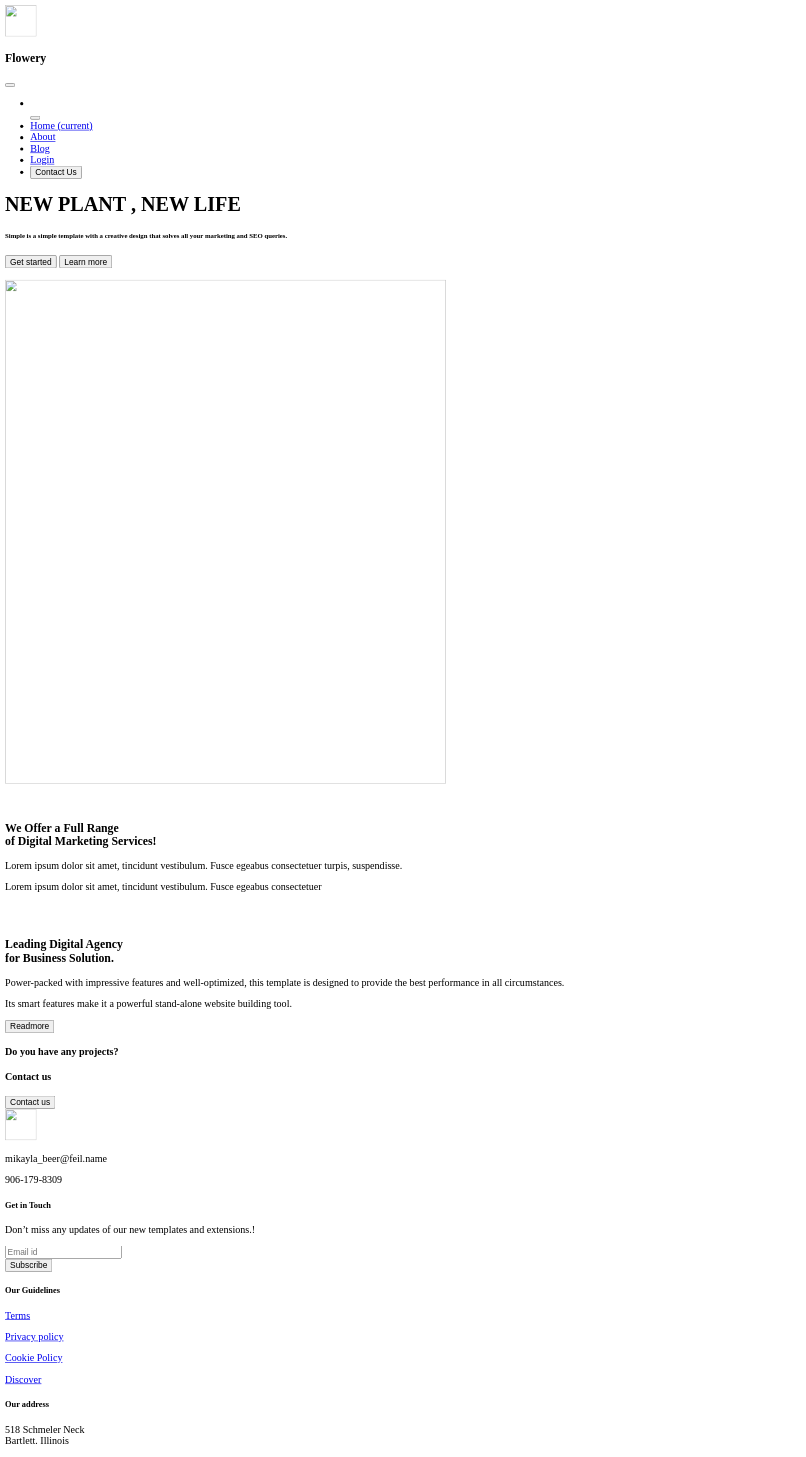
Repository: sara55m/Login
Page: http://localhost/welcome
An editor plug-in stored every save of this project. The page is shown before and after the next save, followed by the edit.
The browser window is 1280 px wide. The pictures show the whole page, at 63% of full size.
The page is served by the project's Laravel application, run on PHP 8.4 with Laravel 10.

Above is the page before, as saved 2024-03-03 23:38:46.

After the next save:
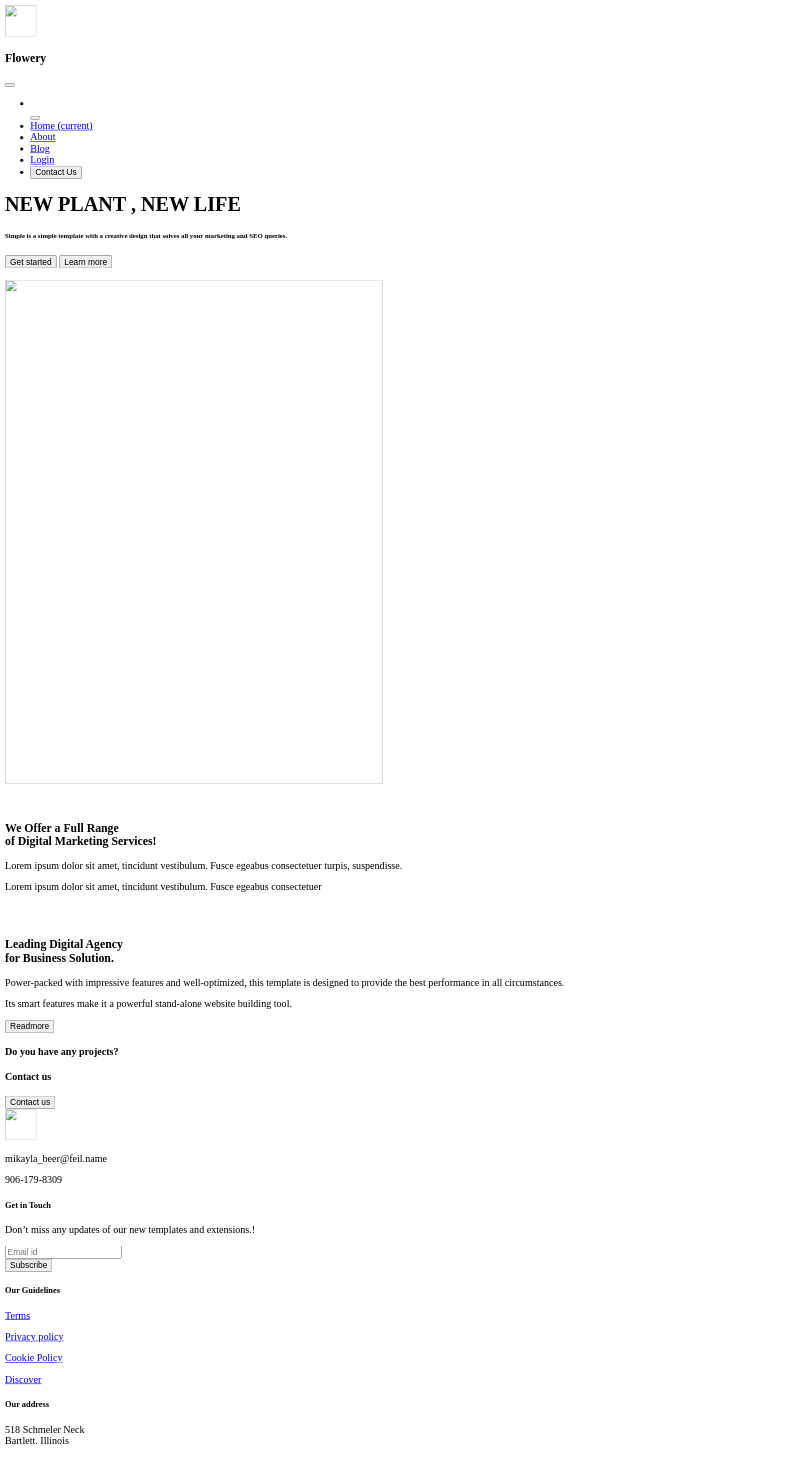
Saved 14 s later.
--- a/resources/views/welcome.blade.php
+++ b/resources/views/welcome.blade.php
@@ -68,7 +68,7 @@
       </div>
       <br/>
       <div class="banner">
-      <img src="images\photo_9_2024-03-03_23-14-07.jpg" alt="" height="800" width="700"  >
+      <img src="images\photo_9_2024-03-03_23-14-07.jpg" alt="" height="800" width="600"  >
       </div>
     </div>
   </div>
